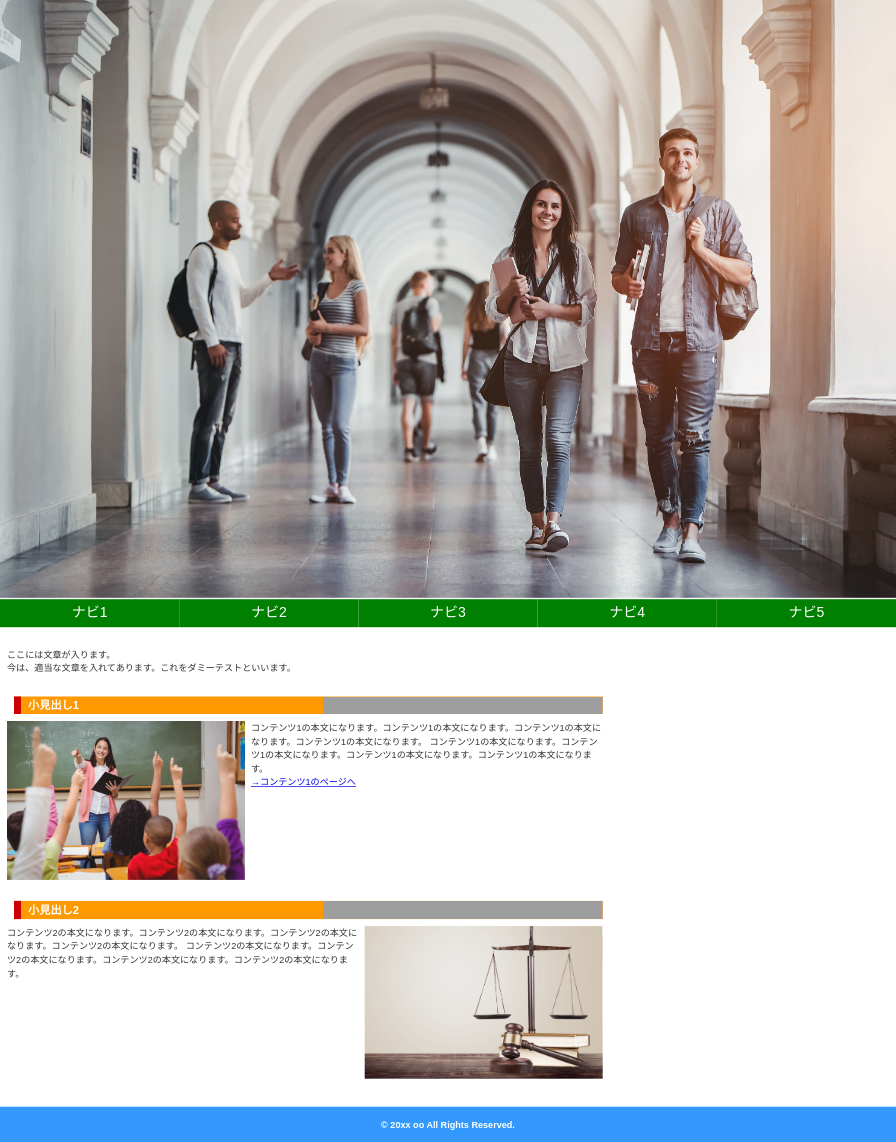
Repository: megumimorisawa/samurai_HTML-CSS
Page: home.html
The author's editor kept a record of every edit. The page is drawn from the files as they stood at one moment, then again after the next edit.
The browser window is 1280 px wide. The pictures show the whole page, at 70% of full size.
Pictures or frames that could not be fetched are drawn as grey boxes.

Above is the page before.

### home.html
<!DOCTYPE html>
<html lang="ja">
    <head>
        <meta charset="utf-8">
        <title>HTML/CSSの学習</title>
        <link rel="stylesheet" href="stylesheet.css">
    </head>
    <body>
       <div id="header">
           <h1><a href="index.html"><img id="corridor" src="images/corridor.jpg" alt="大学の廊下" /></a></h1>
       </div>
       <div id="wrapper">
           <div id="nav">
               <ul>
                   <li><a href="home.html">ナビ1</a></li>
                   <li><a href="#">ナビ2</a></li>
                   <li><a href="#">ナビ3</a></li>
                   <li><a href="#">ナビ4</a></li>
                   <li><a href="#">ナビ5</a></li>
               </ul>
           </div>
        </div>
        <div id="container">
            <div id="main">
                <div class="post">
                    <p>ここには文章が入ります。<br />今は、適当な文章を入れてあります。これをダミーテストといいます。</p>
                </div>
                <div class="post clearfix">
                    <h2>小見出し1</h2>
                    <img class="left" src="images/classroom.jpg" alt="授業風景" />
                    <p>
                        コンテンツ1の本文になります。コンテンツ1の本文になります。コンテンツ1の本文になります。コンテンツ1の本文になります。
                        コンテンツ1の本文になります。コンテンツ1の本文になります。コンテンツ1の本文になります。コンテンツ1の本文になります。
                    </p>
                    <p><a href="#">→コンテンツ1のページへ</a></p>
                </div>
                <div class="post clearfix">
                    <h2>小見出し2</h2>
                    <img class="right" src="images/scale.jpg" alt="天秤" />
                    <p>
                        コンテンツ2の本文になります。コンテンツ2の本文になります。コンテンツ2の本文になります。コンテンツ2の本文になります。
                        コンテンツ2の本文になります。コンテンツ2の本文になります。コンテンツ2の本文になります。コンテンツ2の本文になります。
                    </p>
                </div>

            </div>
        </div>
    </div>
    <div id="footer">
        <p>&copy; 20xx oo All Rights Reserved.</p>
    </div>
    </body>

</html>

### stylesheet.css
body {
	margin: 0;
	padding: 0;
	font-family: "ヒラギノ角ゴ Pro W3", "Hiragino Kaku Gothic Pro", "メイリオ", Meiryo, Osaka, "ＭＳ Ｐゴシック", "MS PGothic", sans-serif;
	color: #333;
	font-size: 13px;
	line-height: 150%;
}

/* -------------------- wrapper -------------------- */
#wrapper {
	width: 100%;
	margin: auto;
	padding: 0px;
	border: 0px;
	background-color: #FFF;
	top: 10px;
}
/* -------------------- header -------------------- */
#header {
	width: 100%;
}

#header h1 {
	margin: 0;
	padding: 0;
}

#corridor {
	width: 100%;
	height: auto;
}
/* -------------------- footer -------------------- */
#footer {
	clear: both;
	width: 100%;
	padding: 3px 0 3px 0;
	background: #39F;
	color: #FFF;
	font-weight: bold;
	text-align: center;
}
/* -------------------- nav -------------------- */
#nav {
	width: 100%;
}

#nav ul {
	display: flex;
	margin: 0;
	padding: 0;
	list-style-type: none;
}

#nav ul li {
	width: 20%;
	text-align: center;
}

#nav ul li a {
	display: block;
	height: 20px;
	margin: 0;
	padding: 10px;
	color: #FFF;
	font-size: 20px;
	text-decoration: none;
	background-color: green;
}

#nav ul li a:hover {
	filter: drop-shadow(10px 10px 10px black);
}
/* -------------------- container -------------------- */
#container {
	width: 100%;
	margin: auto;
	padding: auto;
	padding-top: 20px;
	clear: both;
	display: grid;
	grid-template-columns: 70vw 30vw;
}
/* -------------------- main -------------------- */
#main {
	width: 95%;
	padding: 10px 30px 10px 10px;

}

#main h2 {
	margin: 0 0 10px 10px;
	padding: 3px 10px 3px 10px;
	color: #FFF;
	font-size: 16px;
	border-left: solid 10px #C00;
	background: #F90 url(../imges/main.jpg) right top repeat-y;

}

#main p {
	margin: 0;
	padding: 0;
}

#main .post {
	margin: 0 0 30px 0;

}

#main .post img.right {
	margin: 0 0 0 8px;
}

#main .post img.left {
	margin: 0 8px 0 0;
}

.right {
	float: right;
	width: 40%;
	height: auto;
}

.left {
	float: left;
	width: 40%;
	height: auto;
}
/* -------------------- clearfix -------------------- */
.clearfix {
	zoom: 1;
}

.clearfix:after{
	content: "";
	display: block;
	clear: both;
}
/* -------------------- side -------------------- */
#side {
	width: 85%;
	padding: 20px;
	background-color: #F99;
}

#side .box {
	margin: 0 auto 30px auto;
	padding: 0 0 20px 0;
	background: url(images/side_box.png) bottom no-repeat;
}

#side .box h2 {
	margin: 0;
	padding: 8px;
	text-align: center;
	color: #fff;
	font-size: 16px;
	line-height: 16px;
	font-weight: normal;
	background: url(images/side_box_h2.png) center no-repeat;
}

#side .box .boxBody {
	padding: 8px;
	border-right: solid 1px #C36;
	border-bottom: solid 1px #C36;
	border-left: solid 1px #C36;
	background: #fff;
}

#side .box .boxBody ul {
	margin: 0 0 16px 0;
	padding: 0;
}

#side .box .boxBody ul li {
	padding: 8px 0 8px 4px;
	list-style: none;
	border-bottom: solid 1px #C36;
}

#side .box .boxBody ul li:hover {
	padding: 8px 0 8px 4px;
	list-style: none;
	border-bottom: solid 1px #C36;
	box-shadow: 0px 4px 4px rgba(0, 0, 0, 0.3);
}

After the next edit:
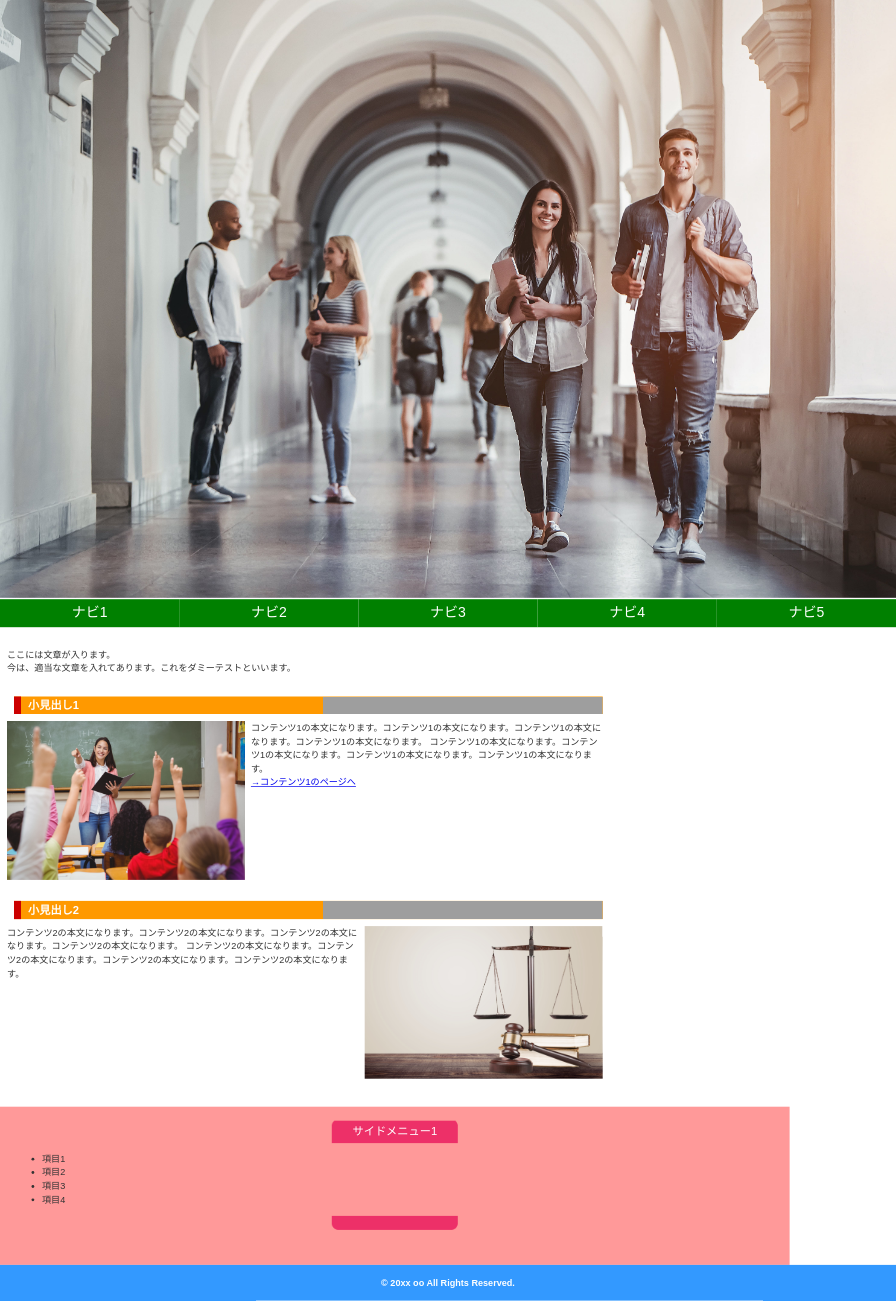
The edit:
--- a/home.html
+++ b/home.html
@@ -45,6 +45,19 @@
 
             </div>
         </div>
+        <div id="side">
+            <div class="box">
+                <h2>サイドメニュー1</h2>
+                <div class="boxbody">
+                    <ul>
+                        <li>項目1</li>
+                        <li>項目2</li>
+                        <li>項目3</li>
+                        <li>項目4</li>
+                    </ul>
+                </div>
+            </div>
+        </div>
     </div>
     <div id="footer">
         <p>&copy; 20xx oo All Rights Reserved.</p>
